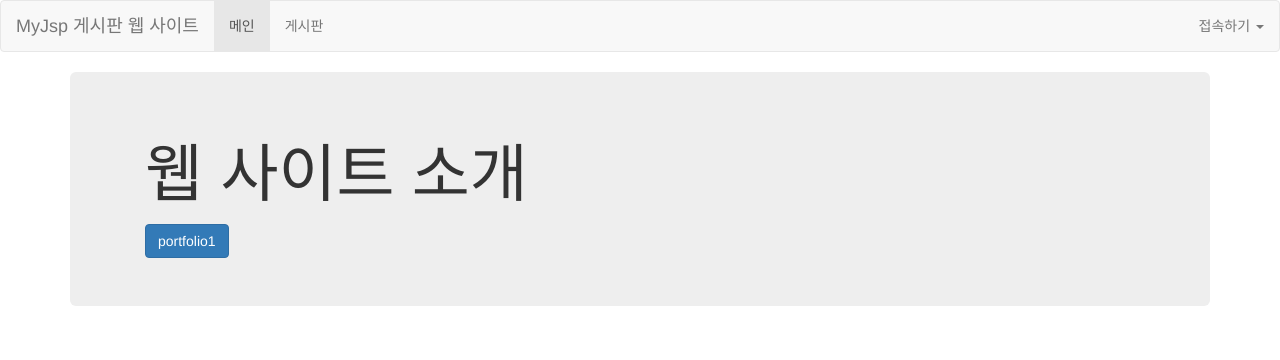
Repository: Ji3un/JspBoard
Page: http://localhost/BBS/main.jsp
An editor plug-in stored every save of this project. The page is shown before and after the next save, followed by the edit.
The browser window is 1280 px wide. The pictures show the whole page.
Some web libraries are served in a nearby version. The page is served by Tomcat 9. Other server files are loaded and not shown.

Above is the page before, as saved 2017-10-03 16:13:10.

### BBS/WebContent/main.jsp
<%@ page language="java" contentType="text/html; charset=UTF-8"
	pageEncoding="UTF-8"%>
<%@ page import="java.io.PrintWriter"%>
<!DOCTYPE html>
<html>
<head>
<meta name="viewport" content="width=device-width" , initial-scale="1">
<meta http-equiv="Content-Type" content="text/html; charset=UTF-8">
<link rel="stylesheet" href="css/bootstrap.css">
<title>Welcome</title>
</head>
<body>
	<%
		String userID = null;
		if (session.getAttribute("userID") != null) {
			userID = (String) session.getAttribute("userID");
		}
	%>
	<nav class="navbar navbar-default">
		<div class="navbar-header">
			<button type="button" class="navbar-toggle collapsed"
				data-toggle="collapse" data-target="#bs-example-navbar-collapse-1"
				aria-expanded="false">
				<span class="icon-bar"></span> <span class="icon-bar"></span> <span
					class="icon-bar"></span>
			</button>
			<a class="navbar-brand" href="main.jsp">MyJsp 게시판 웹 사이트</a>
		</div>
		<div class="collapse navbar-collapse"
			id="#bs-example-navbar-collapse-1">
			<ul class="nav navbar-nav">
				<li class="active"><a href="main.jsp">메인</a></li>
				<li><a href="bbs.jsp">게시판</a></li>
			</ul>
			<%
				if (userID == null) {
			%>
			<ul class="nav navbar-nav navbar-right">
				<li class="dropdown"><a class="dropdown-toggle"
					data-toggle="dropdown" role="button" href="#" aria-haspopup="true"
					aria-expanded="false"> 접속하기 <span class="caret"></span>
				</a>
					<ul class="dropdown-menu">
						<li><a href="login.jsp">로그인</a></li>
						<li><a href="join.jsp">회원가입</a></li>
					</ul></li>
			</ul>
			<%
				} else {
			%>
			<ul class="nav navbar-nav navbar-right">
				<li class="dropdown"><a class="dropdown-toggle"
					data-toggle="dropdown" role="button" href="#" aria-haspopup="true"
					aria-expanded="false"> 회원관리<span class="caret"></span>
				</a>
					<ul class="dropdown-menu">
						<li><a href="logoutAction.jsp">로그아웃</a></li>
					</ul></li>
			</ul>
			<%
				}
			%>
		</div>
	</nav>
	<div class="container">
		<div class="jumbotron">
			<div class="container">
				<h1>웹 사이트 소개</h1>
				<p></p>
				<a class="btn btn-primary btn-pull" href="m.3uneee.com" target="_blank" role="button">portfolio1</a>
			</div>
		</div>
	</div>
	<script src="https://code.jquery.com/jquery-3.2.1.min.js"></script>
	<script src="js/bootstrap.js"></script>
</body>
</html>

Loaded but not shown: BBS/WebContent/css/bootstrap.css (library); BBS/WebContent/js/bootstrap.js (library)

After the next save:
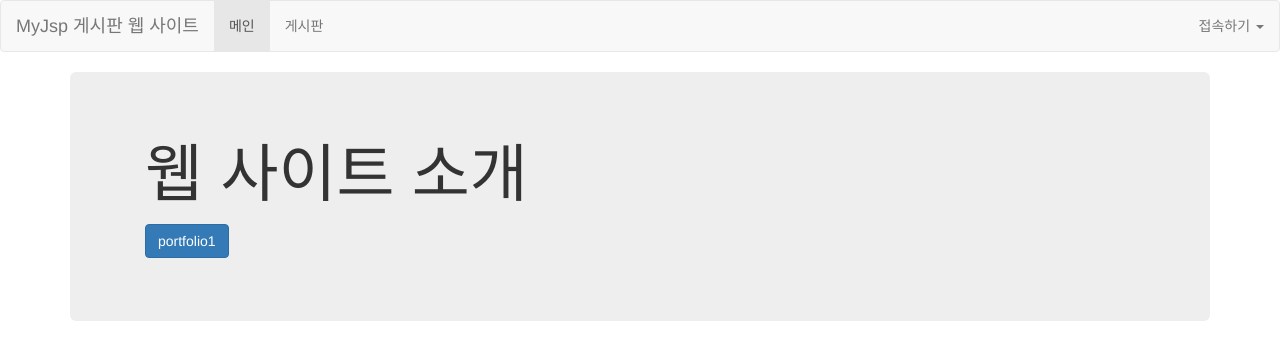
Saved 4 s later.
--- a/BBS/WebContent/main.jsp
+++ b/BBS/WebContent/main.jsp
@@ -67,7 +67,7 @@
 			<div class="container">
 				<h1>웹 사이트 소개</h1>
 				<p></p>
-				<a class="btn btn-primary btn-pull" href="m.3uneee.com" target="_blank" role="button">portfolio1</a>
+				<p><a class="btn btn-primary btn-pull" href="m.3uneee.com" target="_blank" role="button">portfolio1</a></p>
 			</div>
 		</div>
 	</div>
